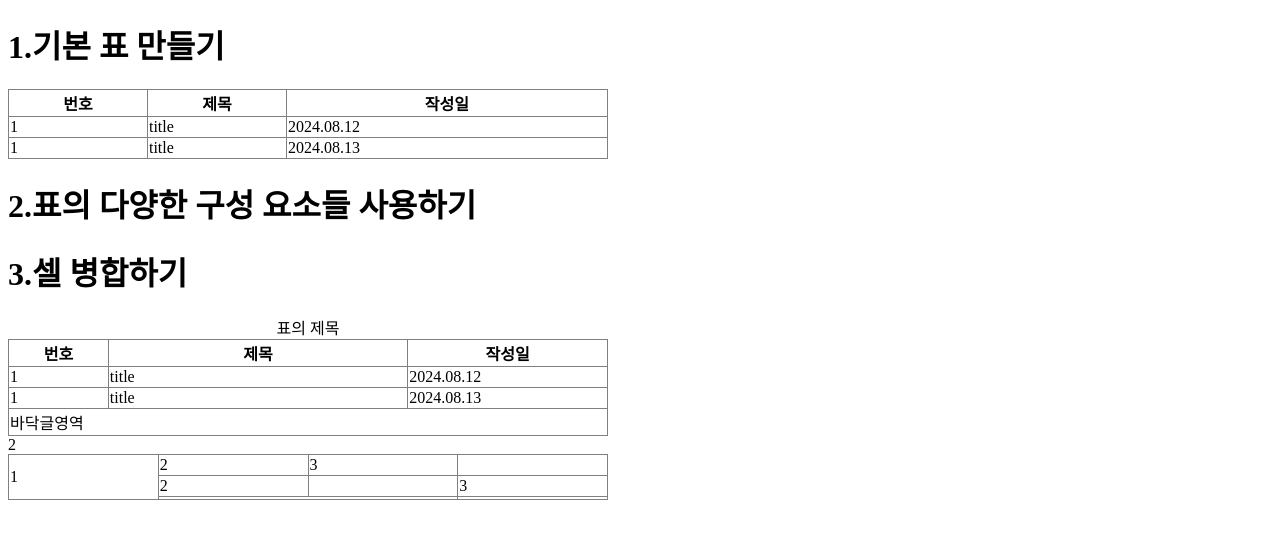
Repository: Junvelop/hkdevelope
Page: Downloads/back_end_edu20240624-master (1)/front_end_20240627/src/main/webapp/html05_표만들기.html
An editor plug-in stored every save of this project. The page is shown before and after the next save, followed by the edit.
The browser window is 1280 px wide. The pictures show the whole page.

Above is the page before, as saved 2024-08-12 06:58:31.

### Downloads/back_end_edu20240624-master (1)/front_end_20240627/src/main/webapp/html05_표만들기.html
<!DOCTYPE html>
<html>
<head>
<meta charset="EUC-KR">
<title>html05_표만들기</title>
<style type = "text/css">
		table{border-collapse : collapse;}
		.tb{width:600px;}
</style>


</head>
<body>
<h1>1.기본 표 만들기</h1>
	<table border = "1" class = "tb">
		<tr>    <th>번호</th>   <th>제목</th>    <th>작성일</th>    </tr>
		<tr>    <td>1</td>   <td>title</td>    <td>2024.08.12</td>    </tr>
		<tr>    <td>1</td>   <td>title</td>    <td>2024.08.13</td>    </tr>
	</table>


<h1>2.표의 다양한 구성 요소들 사용하기</h1>
	<table border = "1" class = "tb">
		<caption>표의 제목 </caption>
		<col width = "100px"/> <col width = "300px"/> <col width = "200px"/>
		<thead>
		<tr>    <th>번호</th>   <th>제목</th>    <th>작성일</th>    </tr>  </thead>
	<tbody>	<tr>    <td>1</td>   <td>title</td>    <td>2024.08.12</td>    </tr>
		<tr>    <td>1</td>   <td>title</td>    <td>2024.08.13</td>    </tr>

	</tbody>

	<tfoot>
			<tr><td colspan = "3"> 바닥글영역 </td></tr>
	</tfoot>



<h1>3.셀 병합하기</h1>
	<table border = "1" class = "tb">
		<tr>    <td rowspan ="3">1</td>   <td>2</td>    <td>3</td>    </tr>
		<tr>    <td>2</td>   <td></td>    <td>3</td>    </tr>
		<tr>    <td colspan ="2"></td>2 </td>    </tr>
	</table>


	</table>


</body>
</html>

After the next save:
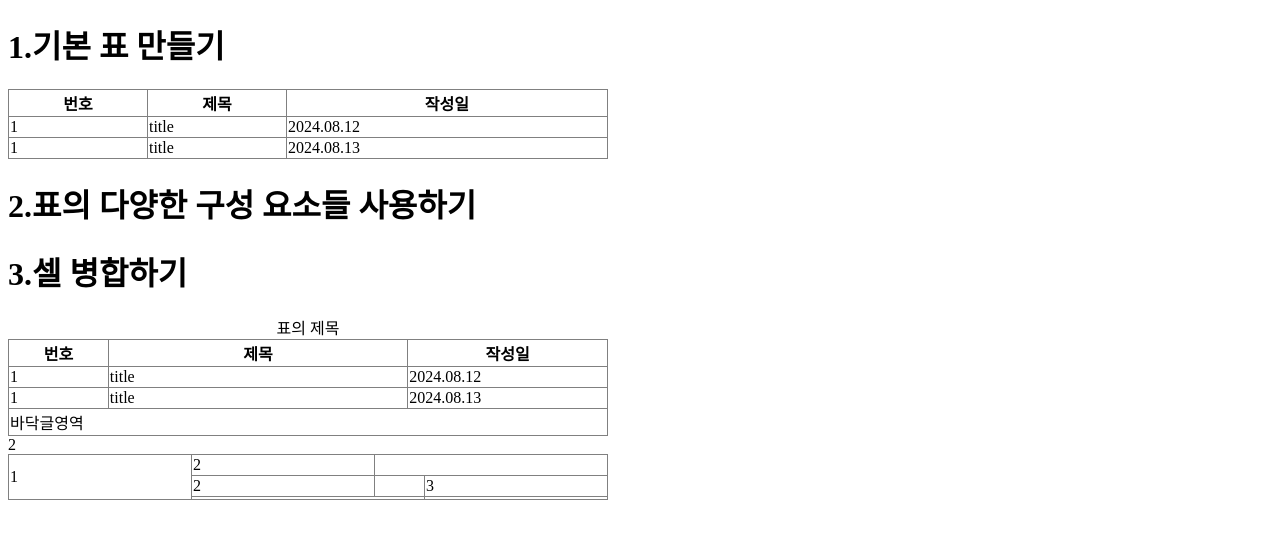
Saved 66 s later.
--- a/Downloads/back_end_edu20240624-master (1)/front_end_20240627/src/main/webapp/html05_표만들기.html
+++ b/Downloads/back_end_edu20240624-master (1)/front_end_20240627/src/main/webapp/html05_표만들기.html
@@ -38,7 +38,7 @@
 
 <h1>3.셀 병합하기</h1>
 	<table border = "1" class = "tb">
-		<tr>    <td rowspan ="3">1</td>   <td>2</td>    <td>3</td>    </tr>
+		<tr>    <td rowspan ="3">1</td>   <td>2</td>   </tr>
 		<tr>    <td>2</td>   <td></td>    <td>3</td>    </tr>
 		<tr>    <td colspan ="2"></td>2 </td>    </tr>
 	</table>
